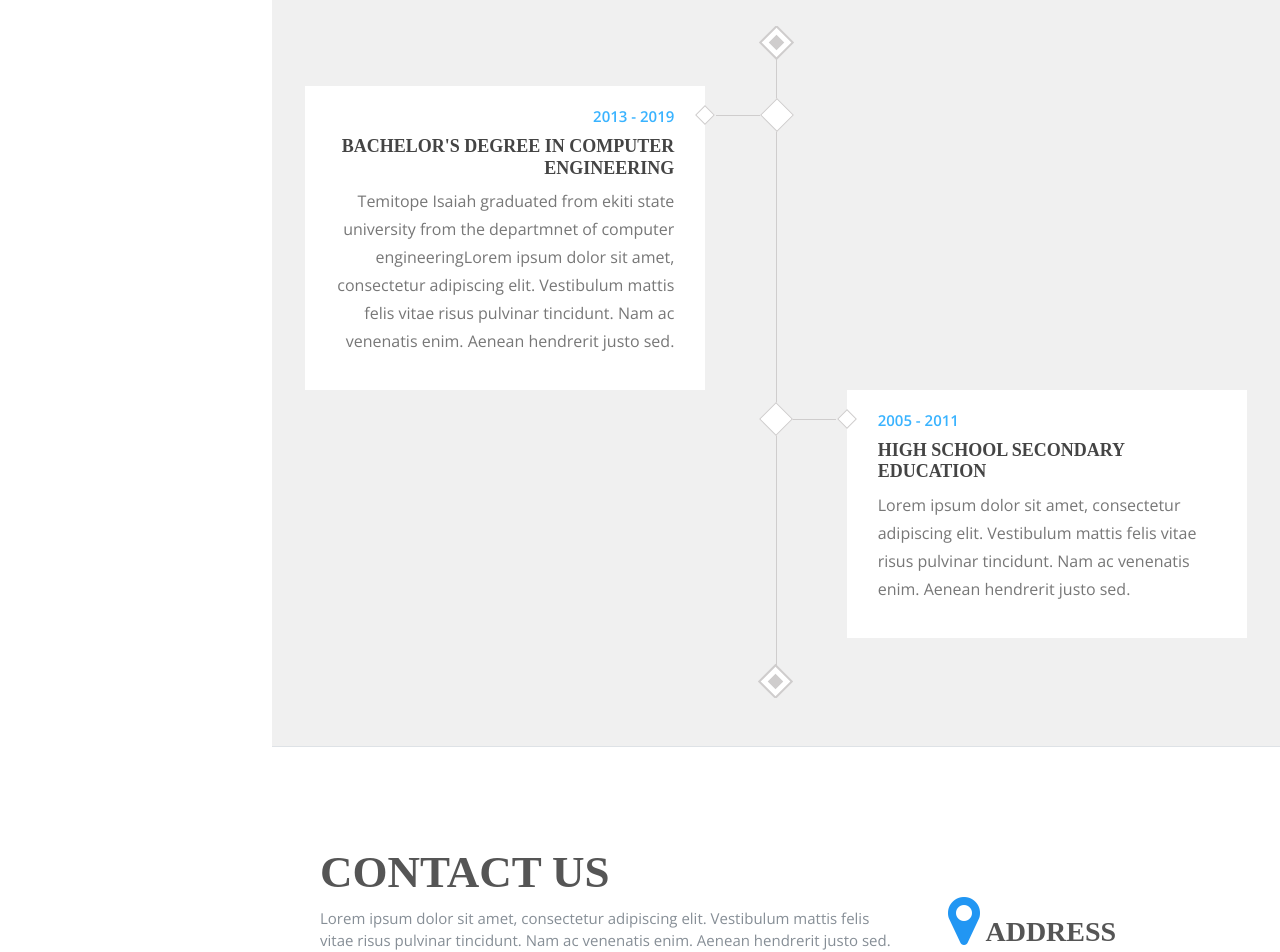
Repository: smit1298/portfolio
Page: index.html
The author's editor kept a copy of each file at every save. The page is drawn from the files as they stood at one save, then again after the next save.
The browser window is 1280 px wide. The pictures show the part of the page from y = 2999 to 3951 px (the page is 5086 px tall before and 5002 px after).
Some web fonts or font styles are not loaded; a fallback is used.

Above is the page before, as saved 2022-06-06 13:28:44.

After the next save:
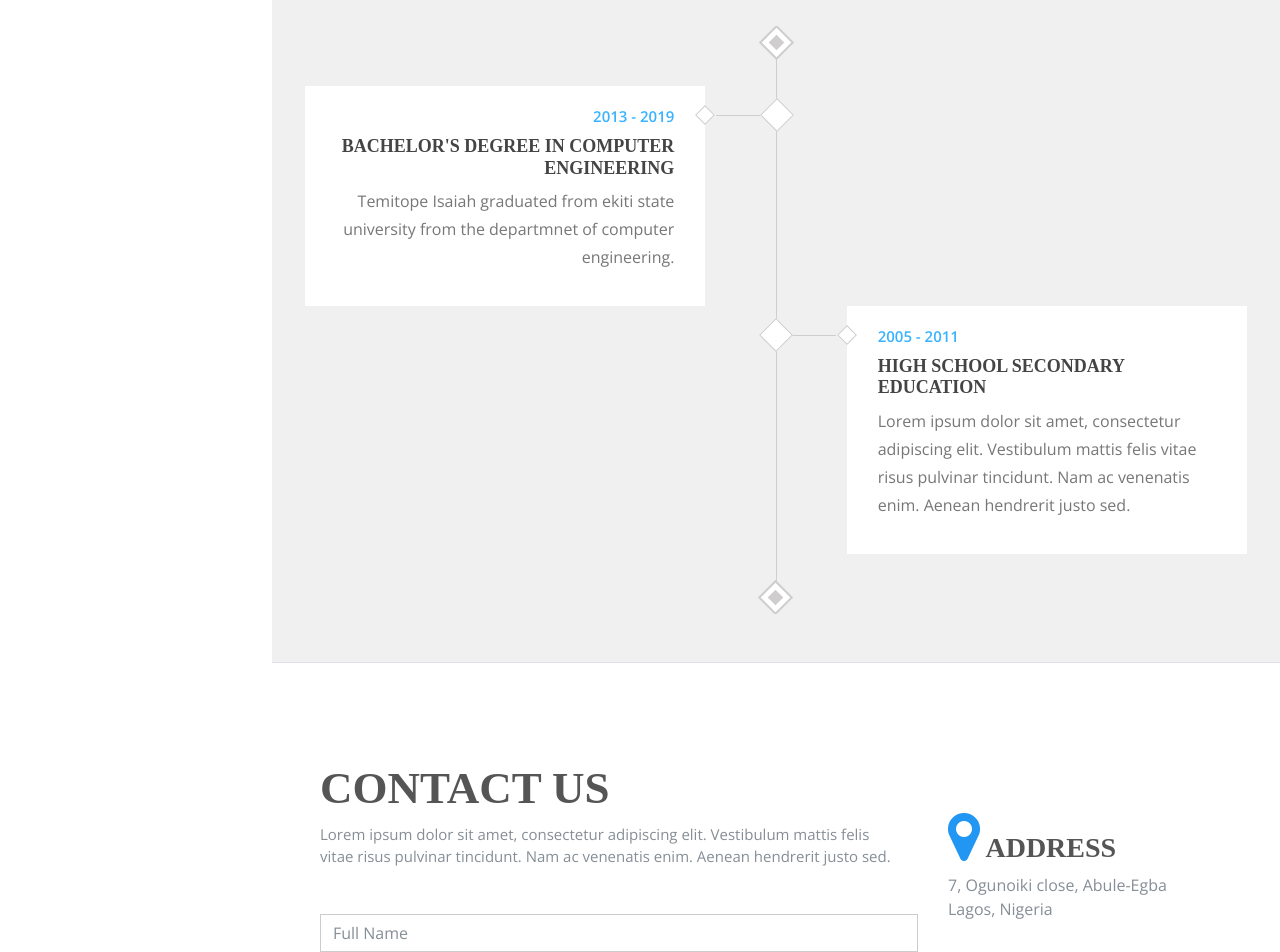
Saved 14 s later.
--- a/index.html
+++ b/index.html
@@ -348,9 +348,7 @@
               <span class="date">2013 - 2019</span>
               <h5 class="title">Bachelor's degree in computer engineering</h5>
               <p class="description">
-                Temitope Isaiah graduated from ekiti state university from the departmnet of computer engineeringLorem ipsum dolor sit amet, consectetur adipiscing elit.
-                Vestibulum mattis felis vitae risus pulvinar tincidunt. Nam ac
-                venenatis enim. Aenean hendrerit justo sed.
+                Temitope Isaiah graduated from ekiti state university from the departmnet of computer engineering.
               </p>
             </div>
           </div>
